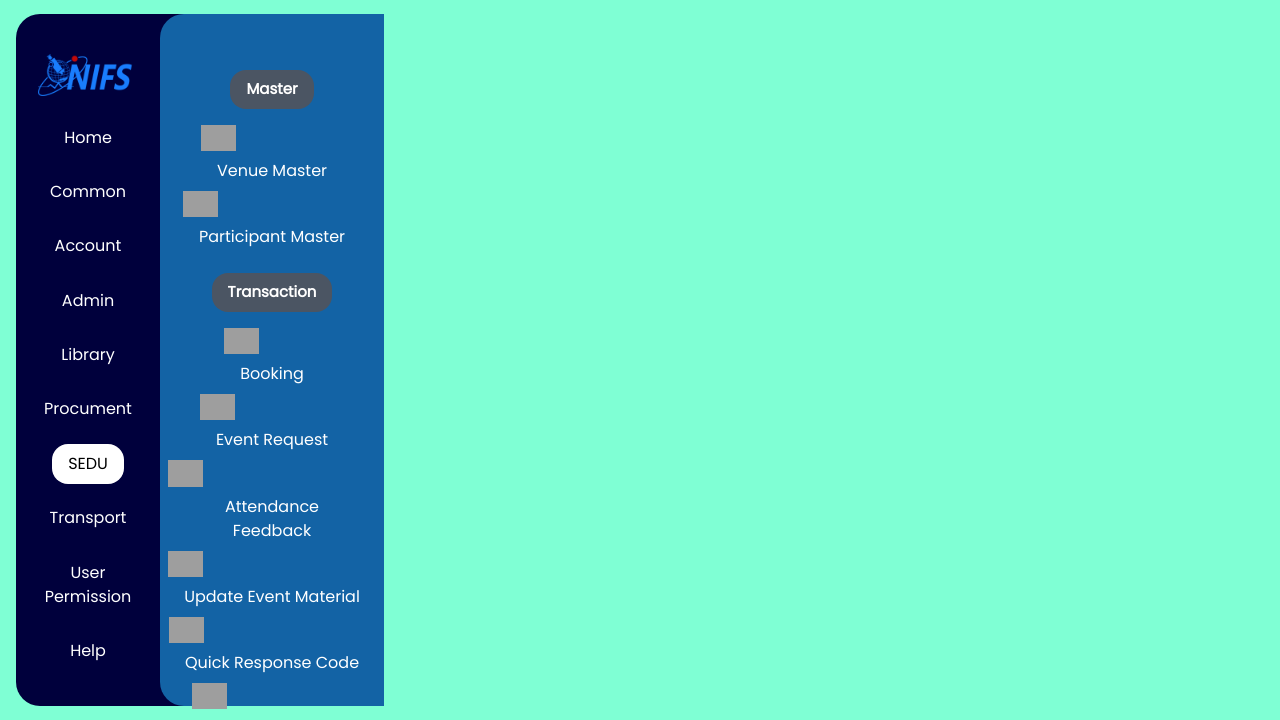
Repository: virangaj/NIFS-WebApp
Page: /sedu (app in client/)
The author's editor kept a copy of each file at every save. The page is drawn from the files as they stood at one save, then again after the next save.
The browser window is 1280 px wide. The pictures show the whole page.
Pictures or frames that could not be fetched are drawn as grey boxes. The project was rebuilt for these pictures with package versions that can differ from the ones it lists, and the page was loaded fresh each time. Also part of the build but not shown: client/src/pages/Login.tsx, client/src/pages/Home.tsx, client/src/components/Transport/shared/TransportNavbar.js, client/src/pages/TransportMainPage.tsx, client/src/pages/CommonMainPage.tsx, client/src/pages/AccountMainPage.tsx, client/src/pages/AdminMainPage.tsx, client/src/pages/LibraryMainPage.js and 15 more.

Above is the page before, as saved 2022-07-30 23:26:19.

After the next save:
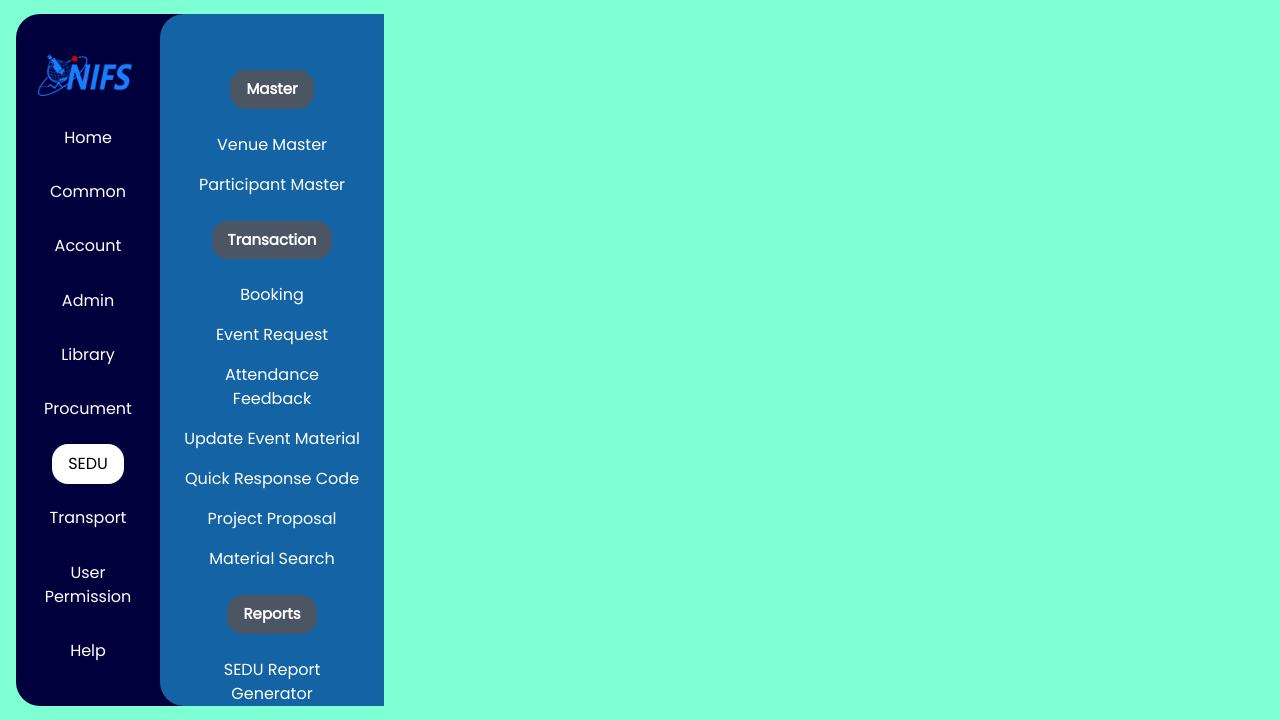
Saved 6 s later.
--- a/client/src/components/shared/VerticalSecondaryNavbar.tsx
+++ b/client/src/components/shared/VerticalSecondaryNavbar.tsx
@@ -23,7 +23,7 @@ function VerticalSecondaryNavbar(props: any) {
                         </div>
                         {content.routes.map((page: any, i: number) => (
                             isAdmin ? <Link to={page.link} key={i}>
-                                <span ><img src={page.img} alt={page.title} className='nav-icon' /></span><button className={location.pathname === page.link ? 'px-4 py-2 rounded-2xl text-black hover:text-yellow-300' : 'text-white px-4 py-2 hover:text-yellow-300'}>{page.title}</button>
+                                <button className={location.pathname === page.link ? 'px-4 py-2 rounded-2xl text-black hover:text-yellow-300' : 'text-white px-4 py-2 hover:text-yellow-300'}>{page.title}</button>
                             </Link> : (!page.only_admin ? <Link to={page.link} key={i}>
                                 <button className={location.pathname === page.link ? 'px-4 py-2 rounded-2xl text-black' : 'text-white px-4 py-2'}>{page.title}</button>
                             </Link> : "")

After the 2 saves that followed:
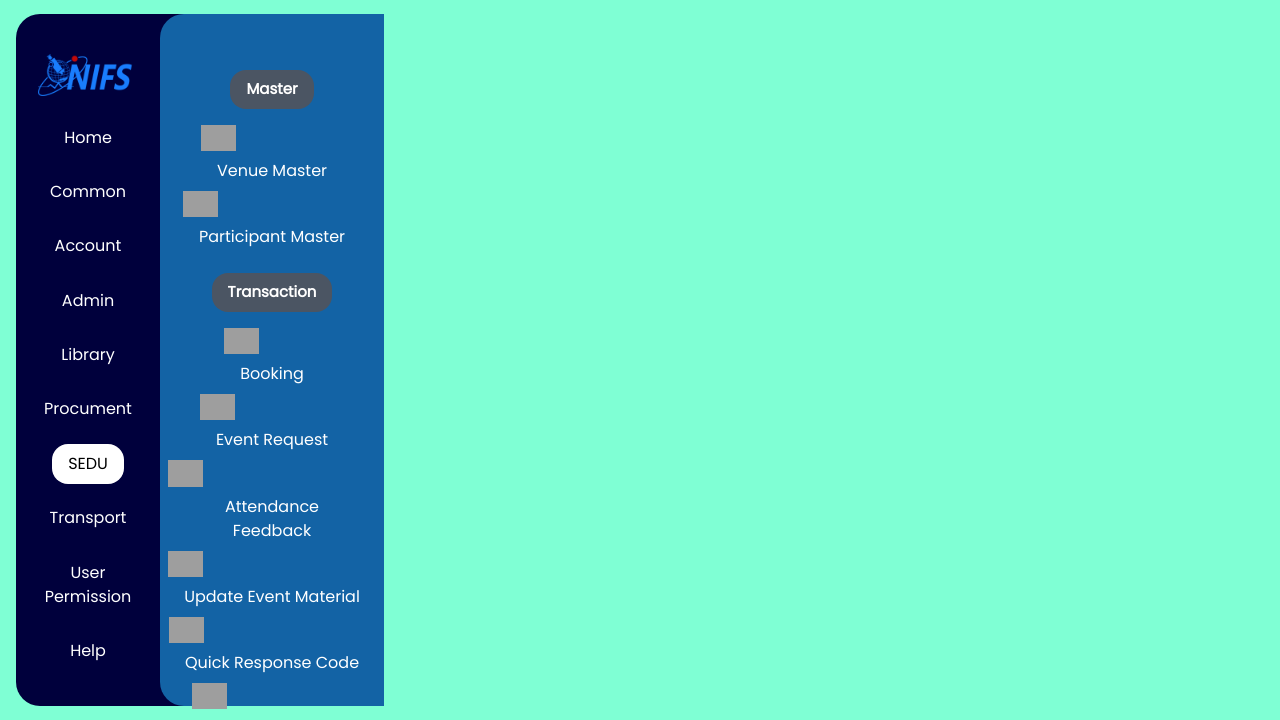
The 2 saves are shown as one change because 1 left the picture as it was.
The last was saved 30 s later.
--- a/client/src/components/shared/VerticalSecondaryNavbar.tsx
+++ b/client/src/components/shared/VerticalSecondaryNavbar.tsx
@@ -23,7 +23,9 @@ function VerticalSecondaryNavbar(props: any) {
                         </div>
                         {content.routes.map((page: any, i: number) => (
                             isAdmin ? <Link to={page.link} key={i}>
-                                <button className={location.pathname === page.link ? 'px-4 py-2 rounded-2xl text-black hover:text-yellow-300' : 'text-white px-4 py-2 hover:text-yellow-300'}>{page.title}</button>
+                                <div><img src={page.img} alt={page.title} className='nav-icon' />
+                                    <button className={location.pathname === page.link ? 'px-4 py-2 rounded-2xl text-black hover:text-yellow-300' : 'text-white px-4 py-2 hover:text-yellow-300'}>{page.title}</button>
+                                </div>
                             </Link> : (!page.only_admin ? <Link to={page.link} key={i}>
                                 <button className={location.pathname === page.link ? 'px-4 py-2 rounded-2xl text-black' : 'text-white px-4 py-2'}>{page.title}</button>
                             </Link> : "")
